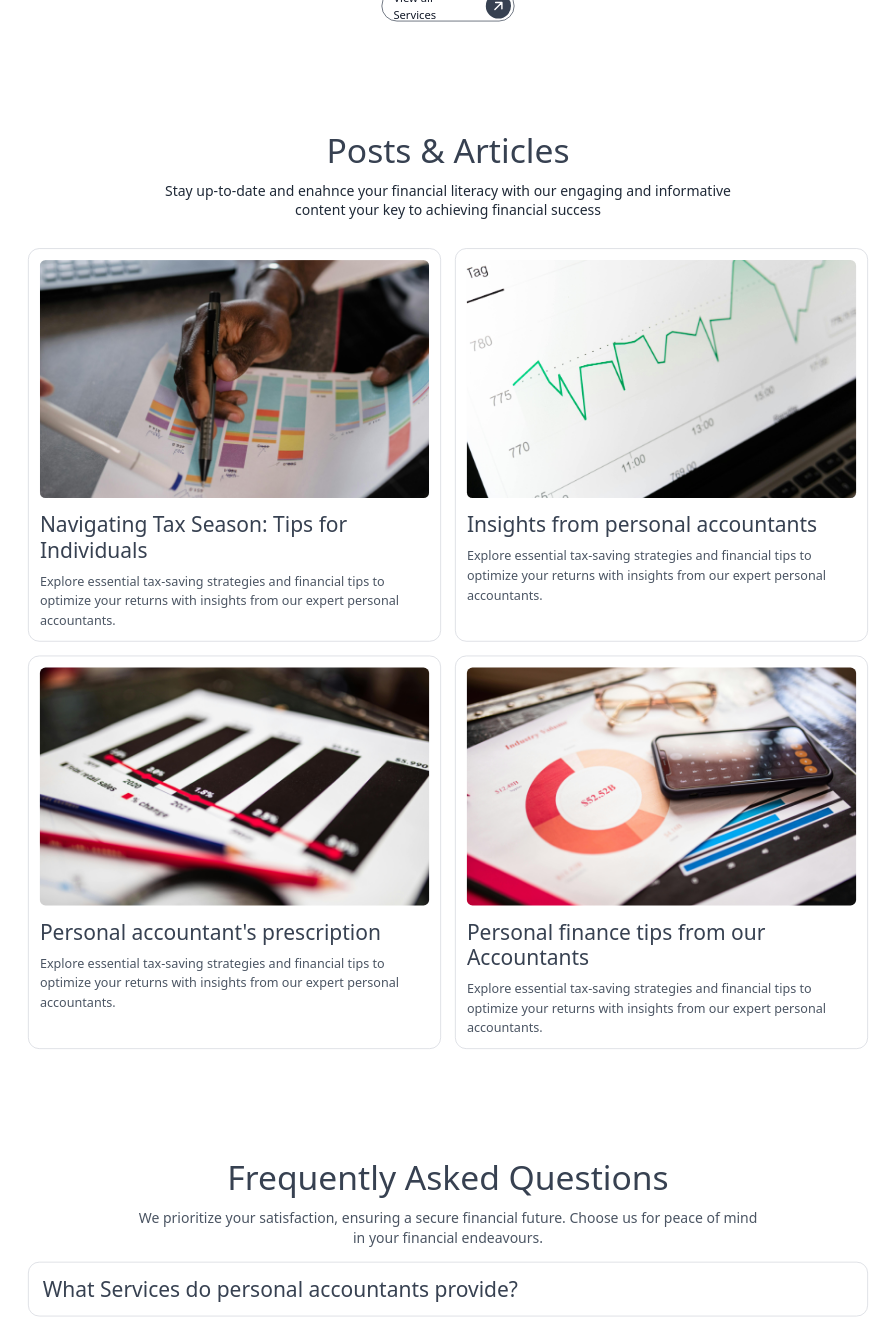
Repository: vespersolutionspk18/integrast-website
Page: /
These files come from the project's save history. The page is drawn as it stood at one moment and after the next save; the edit follows.
The browser window is 1280 px wide. The pictures show the part of the page from y = 1732 to 3652 px (the page is 3652 px tall before and 3648 px after), at 70% of full size.
The project was rebuilt for these pictures with package versions that can differ from the ones it lists, and the page was loaded fresh each time. The framework's server and built-in components were replaced by stand-ins that run in the browser. Also part of the build but not shown: next.config.ts.

Above is the page before, as saved 2024-12-09 17:23:12.

After the next save:
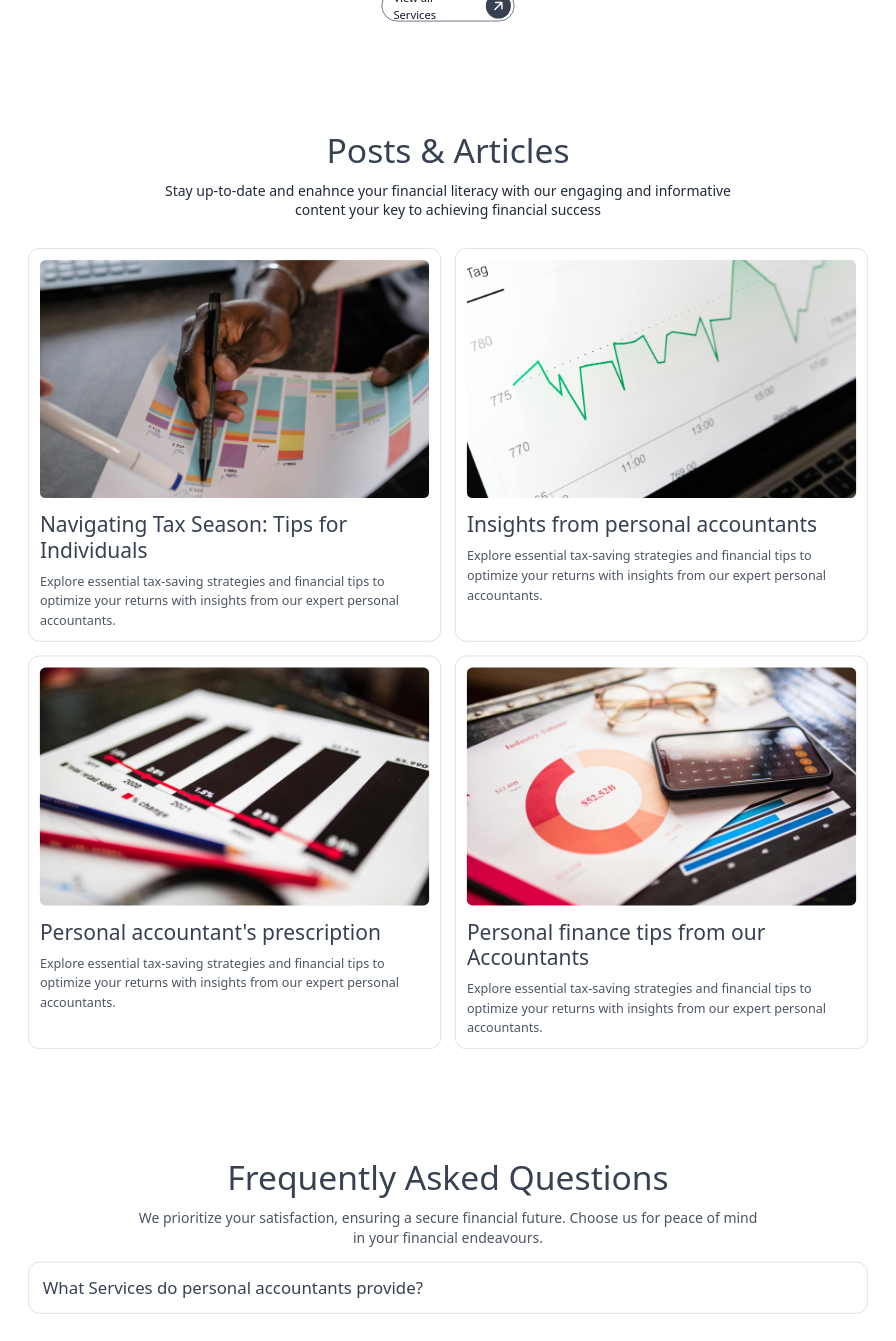
Saved 7 s later.
--- a/app/Faqsection.tsx
+++ b/app/Faqsection.tsx
@@ -7,7 +7,7 @@ const Faqsection = () => {
     <p className="font-sans mt-5 font-light text-xl text-gray-600 text-center">We prioritize your satisfaction, ensuring a secure financial future. Choose us for peace of mind<br></br>in your financial endeavours.</p>
     <div className="w-full flex flex-col gap-5 mt-5">
         <div className="border-[1px] border-gray-300 rounded-2xl items-center p-5">
-            <h5 className="font-sans font-light text-3xl text-gray-700">What Services do personal accountants provide?</h5>
+            <h5 className="font-sans font-light text-2xl text-gray-700">What Services do personal accountants provide?</h5>
         </div>
     </div>
     </div>
